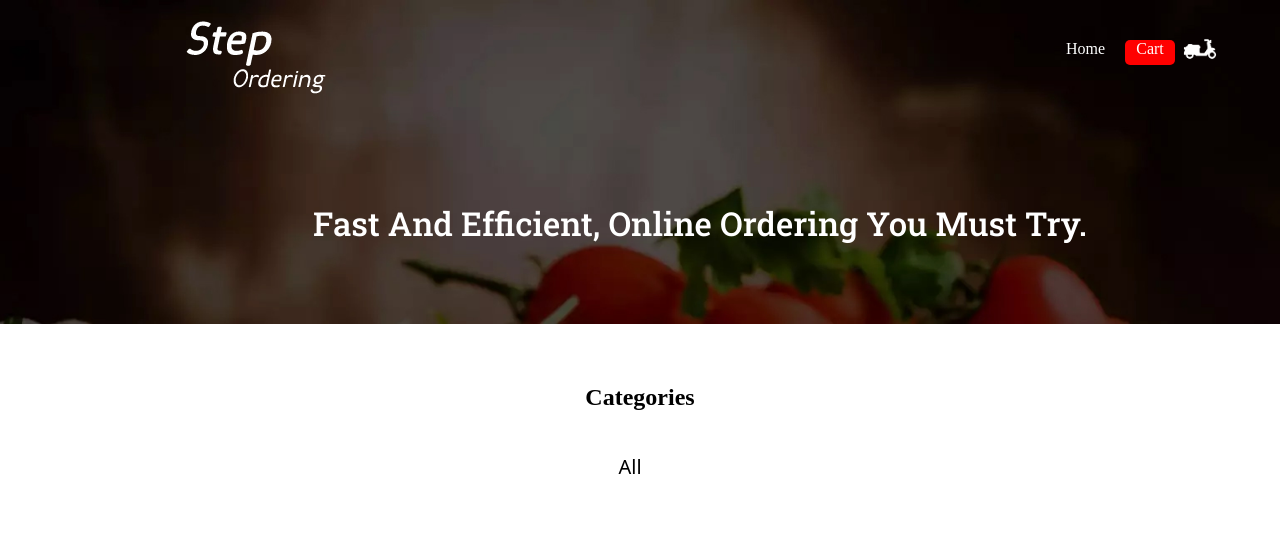
Repository: anastasia29-step/Online-Restaurant
Page: index.html
An editor plug-in stored every save of this project. The page is shown before and after the next save, followed by the edit.
The browser window is 1280 px wide. The pictures show the whole page.

Above is the page before, as saved 2026-03-09 16:47:16.
Not found: app.js/

### index.html
<!DOCTYPE html>
<html lang="en">

<head>
    <meta charset="UTF-8">
    <meta name="viewport" content="width=device-width, initial-scale=1.0">
    <title>Document</title>
    <link rel="stylesheet" href="style.css">
    <link rel="preconnect" href="https://fonts.googleapis.com">
<link rel="preconnect" href="https://fonts.gstatic.com" crossorigin>
<link href="https://fonts.googleapis.com/css2?family=Roboto+Slab:wght@100..900&display=swap" rel="stylesheet">
</head>

<body>

    <section class="FirstLine">
        <div class="beside">
            <div class="left">
                <a href="./index.html"><img src="./photo/logo.png" alt=""></a>
            </div>
            <div class="right">
                <a href="./index.html">Home</a>
                <a href="./Cart.html" class="a">Cart</a>
                <a href="./Cart.html"><img src="./photo/istockphoto-609074524-612x612 Background Removed.png"
                        alt=""></a>
            </div>
        </div>
        <div class="bottom">
            <h1>Fast And Efficient, Online Ordering You Must Try.</h1>
        </div>
    </section>
    <section class="section">
        <h1>Categories</h1>
        <ul>
            <li onclick="showAll()">All</li>
        </ul>
    </section>



    <script src="app.js\"></script>
</body>

</html>

### style.css
* {
    margin: 0;
    padding: 0;
    box-sizing: border-box;
}
.section{
    display: flex;
    flex-direction: column;
    padding: 60px;
    gap: 10px;
}
ul {
    display: flex !important;
    justify-content: center;
    height: 90px;
    width: 100%;
    flex-wrap: wrap;
    list-style: none;
    gap: 20px;
    font-family: system-ui, -apple-system, BlinkMacSystemFont, 'Segoe UI', Roboto, Oxygen, Ubuntu, Cantarell, 'Open Sans', 'Helvetica Neue', sans-serif;
    border-bottom: 3px wavy red;
    align-items: center;
}
ul::after{
    content: "";
    display: block;
    height: 6px;
    background-image: url("border.png");
    background-repeat: repeat-x;
    background-position: bottom;
}
.FirstLine {
    height: 45vh;
    background-image: url(./photo/inner_banner.jpg);
    background-position: center;
    background-repeat: no-repeat;
    background-size: cover;
    padding-left: 170px;
    padding-top: 20px;
}

.beside {
    display: flex;
    justify-content: space-between;
}

.beside .right {
    display: flex;
    gap: 20px;
    padding-right: 50px;
    padding-top: 20px;
}

.beside .right a {
    text-decoration: none;
    color: white;
}

.beside .right .a {
    background-color: red;
    width: 50px;
    height: 25px;
    text-align: center;
    border-radius: 5px;
}

.beside .right img {
    width: 60px;
    margin-top: -21px;
    margin-left: -25px;
}

.FirstLine .bottom h1 {
    text-align: center;
    color: white;
    margin-top: 100px;
    margin-right: 50px;
    font-size: 33px;
    font-weight: 500;
    font-family: "Roboto Slab", serif;
}


ul li {
    height: 100%;
    font-size: 20px;
    cursor: pointer;
    transition: 0.3s;
    display: flex;
    justify-content: center;
    align-items: center;

}
ul li:hover{
    background-color: red;
    color: white;

}

h1 {
    margin: auto;
}

After the next save:
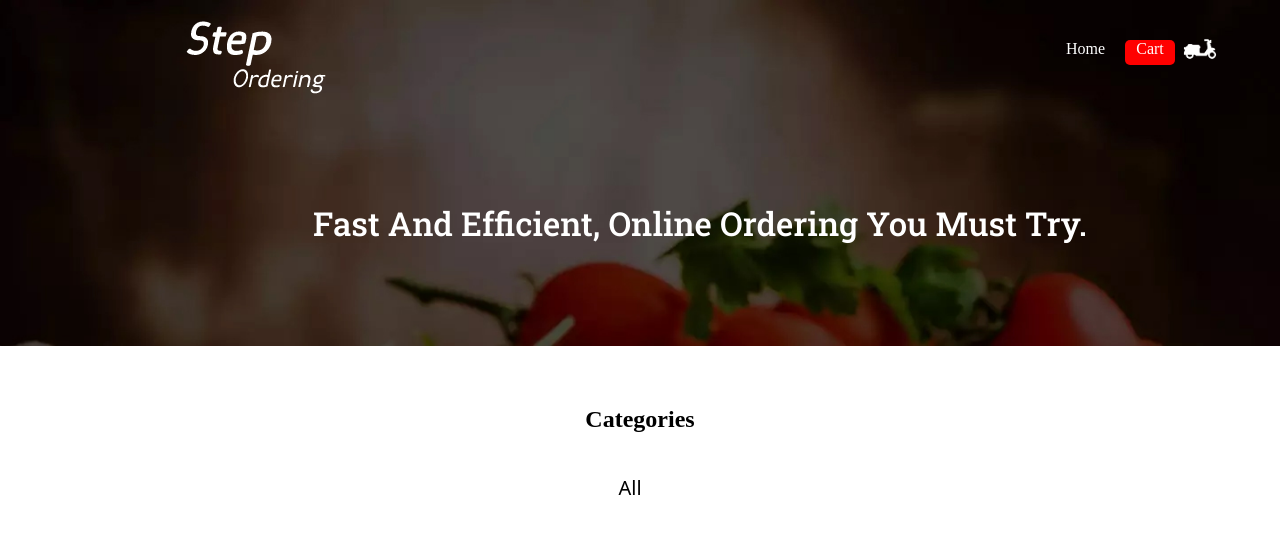
Saved 27 s later.
--- a/style.css
+++ b/style.css
@@ -30,7 +30,7 @@ ul::after{
     background-position: bottom;
 }
 .FirstLine {
-    height: 45vh;
+    height: 48vh;
     background-image: url(./photo/inner_banner.jpg);
     background-position: center;
     background-repeat: no-repeat;
